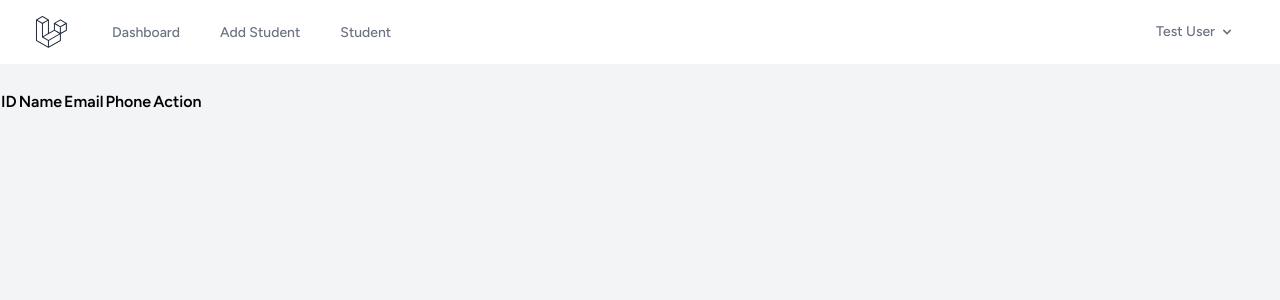
Repository: rkrukshan/CRUD-with-Laravel-V.10-Breeze
Page: http://localhost/students
An editor plug-in stored every save of this project. The page is shown before and after the next save, followed by the edit.
The browser window is 1280 px wide. The pictures show the whole page.
The page is served by the project's Laravel application, run on PHP 8.4 with Laravel 10. A made-up administrator, Test User (test@example.com), is signed in. Style sheets and scripts are compiled from the project's sources, by tool versions that may differ from the author's. Queries for data that is not in the repository find no rows.

Above is the page before, as saved 2023-11-15 10:48:36.

After the next save:
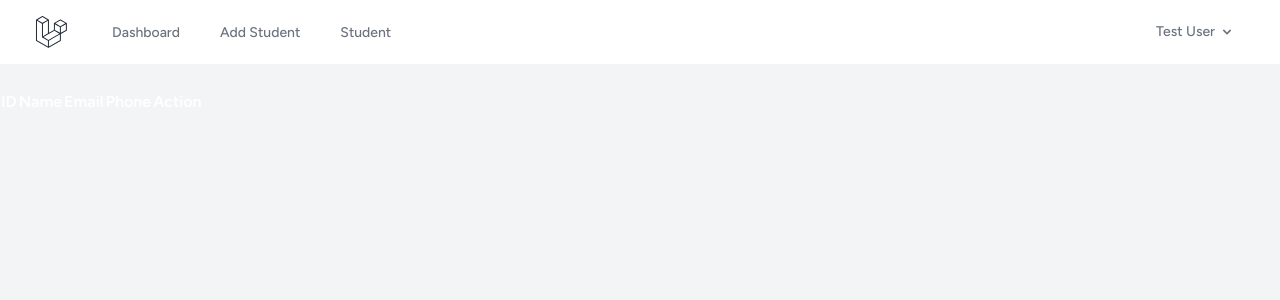
Saved 5 s later.
--- a/resources/views/student/index.blade.php
+++ b/resources/views/student/index.blade.php
@@ -2,21 +2,21 @@
 <br>
 <table class="hover:table-fixed">
     <tr>
-        <th class="">ID</th>
-        <th class="">Name</th>
-        <th class="">Email</th>
-        <th class="">Phone</th>
-        <th class="">Action</th>
+        <th class="text-white">ID</th>
+        <th class="text-white">Name</th>
+        <th class="text-white">Email</th>
+        <th class="text-white">Phone</th>
+        <th class="text-white">Action</th>
     </tr>
     <tbody>
            @foreach($records as $record)
            <tr>
-           <td class="">{{ $record->id }}</td>
-            <td class="">{{ $record->name }}</td>
-            <td class="">{{ $record->email }}</td>
-            <td class="">{{ $record->phone }}</td>
-            <td class=""><button class="underline text-sm text-gray-600 dark:text-gray-400 hover:text-gray-900 dark:hover:text-gray-100 rounded-md focus:outline-none focus:ring-2 focus:ring-offset-2 focus:ring-indigo-500 dark:focus:ring-offset-gray-800">Edit</button></td>
-            <td class=""><button class="underline text-sm text-gray-600 dark:text-gray-400 hover:text-gray-900 dark:hover:text-gray-100 rounded-md focus:outline-none focus:ring-2 focus:ring-offset-2 focus:ring-indigo-500 dark:focus:ring-offset-gray-800">Delete</button></td>
+           <td class="text-white">{{ $record->id }}</td>
+            <td class="text-white">{{ $record->name }}</td>
+            <td class="text-white">{{ $record->email }}</td>
+            <td class="text-white">{{ $record->phone }}</td>
+            <td class="text-white"><button class="underline text-sm text-gray-600 dark:text-gray-400 hover:text-gray-900 dark:hover:text-gray-100 rounded-md focus:outline-none focus:ring-2 focus:ring-offset-2 focus:ring-indigo-500 dark:focus:ring-offset-gray-800">Edit</button></td>
+            <td class="text-white"><button class="underline text-sm text-gray-600 dark:text-gray-400 hover:text-gray-900 dark:hover:text-gray-100 rounded-md focus:outline-none focus:ring-2 focus:ring-offset-2 focus:ring-indigo-500 dark:focus:ring-offset-gray-800">Delete</button></td>
         </tr>
            @endforeach
 
